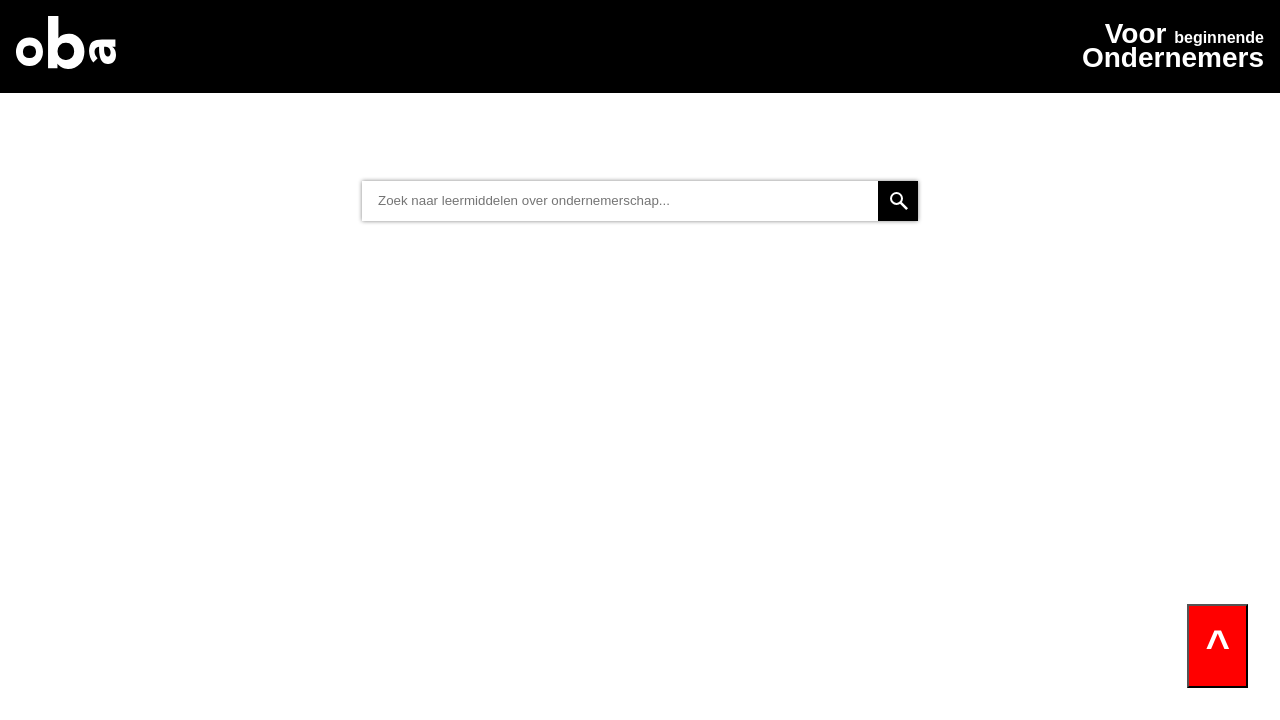
Repository: juliandecloe/OBA-voor-beginnende-ondernemers
Page: index.html
An editor plug-in stored every save of this project. The page is shown before and after the next save, followed by the edit.
The browser window is 1280 px wide. The pictures show the whole page.
The page's requests for data from a server got no answer.

Above is the page before, as saved 2022-03-18 02:57:11.

### index.html
<!DOCTYPE html>
<html lang="en">

<head>
    <meta charset="UTF-8">
    <meta http-equiv="X-UA-Compatible" content="IE=edge">
    <meta name="viewport" content="width=device-width, initial-scale=1.0">
    <title>OBA - Voor beginnende ondernemers</title>
    <link rel="stylesheet" href="style.css">
    <script type="module" src="script.js"></script>
</head>

<body>
    <div class="hide"></div>
    <header>
        <a href="index.html">
            <h1>
                <svg xmlns="http://www.w3.org/2000/svg" viewBox="0 0 83.49 44.24">
                    <g id="Layer_2" data-name="Layer 2">
                        <g id="Layer_1-2" data-name="Layer 1">
                            <path class="cls-1"
                                d="M11.25,35.12a5.53,5.53,0,0,0,3.92-1.39,5,5,0,0,0,1.5-3.9,5,5,0,0,0-1.5-3.9,5.53,5.53,0,0,0-3.92-1.39,5.54,5.54,0,0,0-3.93,1.39,5,5,0,0,0-1.5,3.9,5,5,0,0,0,1.5,3.9,5.54,5.54,0,0,0,3.93,1.39m0,6.62a11.24,11.24,0,0,1-4.64-.93,10.54,10.54,0,0,1-3.54-2.54A11.06,11.06,0,0,1,.79,34.48a14.08,14.08,0,0,1,0-9.3,11.2,11.2,0,0,1,2.28-3.8,10.65,10.65,0,0,1,3.54-2.53,11.24,11.24,0,0,1,4.64-.93,11.23,11.23,0,0,1,4.63.93,10.8,10.8,0,0,1,3.55,2.53,11.34,11.34,0,0,1,2.27,3.8,14.08,14.08,0,0,1,0,9.3,11.2,11.2,0,0,1-2.27,3.79,10.68,10.68,0,0,1-3.55,2.54,11.23,11.23,0,0,1-4.63.93" />
                            <path class="cls-1"
                                d="M34.71,29.55a7.26,7.26,0,0,0,1.81,5.13,6.62,6.62,0,0,0,5.1,2,6.62,6.62,0,0,0,5.1-2,7.26,7.26,0,0,0,1.81-5.13,7.26,7.26,0,0,0-1.81-5.13,6.63,6.63,0,0,0-5.1-2,6.63,6.63,0,0,0-5.1,2,7.26,7.26,0,0,0-1.81,5.13M26.76,0H35.4V18.55h.12a7.92,7.92,0,0,1,3.83-2.85,14.73,14.73,0,0,1,5-.84,11.29,11.29,0,0,1,5.35,1.24,12.49,12.49,0,0,1,4,3.31,15.67,15.67,0,0,1,2.53,4.75,17.54,17.54,0,0,1,.89,5.62,16.54,16.54,0,0,1-1,5.82,13.4,13.4,0,0,1-2.79,4.58,12.66,12.66,0,0,1-4.35,3,14.43,14.43,0,0,1-5.64,1.07,9.68,9.68,0,0,1-2.83-.41,11.85,11.85,0,0,1-2.44-1,10.26,10.26,0,0,1-2-1.41,9.72,9.72,0,0,1-1.36-1.53h-.11v3.69H26.76Z" />
                            <path class="cls-1"
                                d="M73.57,27.25c0,.5,0,1.12.07,1.87A9.57,9.57,0,0,0,74,31.28a4.9,4.9,0,0,0,.93,1.77,2.14,2.14,0,0,0,1.72.73,1.89,1.89,0,0,0,1.76-1A4.25,4.25,0,0,0,79,30.64a6.51,6.51,0,0,0-.27-1.87A5.54,5.54,0,0,0,78,27.16a3.48,3.48,0,0,0-3-1.54H73.57Zm6.7-1.63v.09a6.17,6.17,0,0,1,2.47,2.93,10.09,10.09,0,0,1,.75,3.86,10,10,0,0,1-.42,2.89,7.06,7.06,0,0,1-1.25,2.44,6,6,0,0,1-2.07,1.68,6.38,6.38,0,0,1-2.87.62,6.5,6.5,0,0,1-3.13-.69,6.09,6.09,0,0,1-2.12-1.85,9.21,9.21,0,0,1-1.3-2.67,18.48,18.48,0,0,1-.68-3.11,28.93,28.93,0,0,1-.27-3.22c0-1.07,0-2.06,0-3a3.45,3.45,0,0,0-2.8,1.25,4.55,4.55,0,0,0-1,3,6.56,6.56,0,0,0,.68,3,8.12,8.12,0,0,0,1.88,2.4l-3.62,3.53a12.43,12.43,0,0,1-2.58-4.32A15.55,15.55,0,0,1,61,29.32a13.46,13.46,0,0,1,.73-4.78,7,7,0,0,1,2.14-3A8.29,8.29,0,0,1,67.33,20a23,23,0,0,1,4.74-.44H83v6.09Z" />
                        </g>
                    </g>
                </svg>
            </h1>
        </a>
        <h2>Voor <span>beginnende</span> Ondernemers</h2>
    </header>
    <main>
        <form action="">
            <input id="search" type="text" placeholder="Zoek naar leermiddelen over ondernemerschap..." autocomplete="off">
            <button for="search"><img src="img/search.svg" alt="search button"></button>
        </form>
        <section></section>
    </main>
    <footer>
        <button>^</button>
    </footer>
</body>

</html>

### style.css
* {
    padding: 0;
    margin: 0;
    font-family: 'Avenir', Arial, sans-serif;
}

body, html {
    scroll-behavior: smooth;
}

header {
    background-color: black;
    color: white;
    padding: 1rem;
    display: flex;
    justify-content: space-between;
    align-items: center;
    position: sticky;
    top: 0;
    z-index: 5;
}

main {
    display: flex;
    flex-direction: column;
    align-items: center;
}

header > a {
    width: 100px;
}

header svg {
    fill: white;
}

h2 {
    font-size: 28px;
    width: 200px;
    text-align: right;
    line-height: 20px;
    transition: .3s;
}

h2 span {
    font-size: 16px;
    display: inline;
}

@media (max-width: 720px) {
    h2 {
        font-size: 22px;
    }

    h2 span {
        font-size: 12px;
    }
}

form {
    min-width: 60vw;
    height: 30vh;
    display: flex;
    align-items: center;
    justify-content: center;
    filter: drop-shadow(0 0 2px gray);
}

input {
    width: 70%;
    height: 40px;
    max-width: 500px;
    border-radius: 0;
    border: none;
    padding-left: 1rem;
}

form button {
    width: 40px;
    height: 40px;
    background: black;
    color: white;
    font-weight: 800;
    border: none;
    display: flex;
    align-items: center;
    transition: .5s;
    cursor: pointer;
    padding-left: 12px;
    overflow: hidden;
}

@media (min-width: 720px) {

    form button:hover {
        width: 100px;
        padding-right: 5px;
    }

    form button::after {
        content: "zoeken";
        display: block;
        opacity: 0;
        color: white;
        transition: .5s;
        transition-delay: .1s ease-in-out;
    }

    form button:hover::after {
        opacity: 1;
        margin-left: 15px;
    }

}

main > section {
    display: flex;
    justify-content: space-around;
    flex-wrap: wrap;
    width: 100%;
    max-width: 1200px;
}

main > section article {
    width: 250px;
    margin: 1.5rem 0;
    transition: .5s;
    padding: 1rem;
    border: 3px solid rgba(255, 0, 0, 0);
}

main > section h3 {
    display: -webkit-box;
    overflow : hidden;
    text-overflow: ellipsis;
    -webkit-line-clamp: 2;
    -webkit-box-orient: vertical;
    height: 50px;
}

main > section p:not(.suggest-book p, .detailed p) {
    width: 95%;
    display: -webkit-box;
    overflow : hidden;
    text-overflow: ellipsis;
    -webkit-line-clamp: 3;
    -webkit-box-orient: vertical;
    color: gray;
    margin: 1rem 0;
    height: 70px;
}

main > section img:not(.detailed img) {
    width: 100%;
    height: 360px;
    object-fit: cover;
    background: rgb(233, 233, 233);
}

.suggest-book {
    width: 100%;
    text-align: center;
}

.suggest-book {
    padding: 3rem;
}

.suggest-book h2 {
    display: inline;
    background: rgb(255,0,0);
    background: linear-gradient(0deg, rgba(255,0,0,0.09989933473389356) 0%, rgba(255,0,0,0.10270045518207283) 50%, rgba(9,9,121,0) 50%);
    padding-bottom: .1rem;
    width: 50%;
    text-align: center;
}

.suggest-book button {
    background-color: red;
    color: white;
    padding: 5px 20px;
    border: none;
    cursor: pointer;
}

.suggest-book p {
    margin: 2rem 0;
}

#random-book, .results:hover:not(.detailed) {
    box-shadow: 2px 2px 4px gray;
    transform: translateY(-2rem);
    border: 3px solid red;
    border-radius: 5px;
    cursor: pointer;
}

.detailed {
    position: fixed;
    background-color: white;
    z-index: 4;
    top: 20vh;
    left: 50vw;
    transition: none;
    width: 50vw;
    margin: 0;
    padding: 2.5vh 2rem;
    margin-left: -28vw;
    display: grid;
    grid-template-columns: 300px 1fr;
    grid-template-rows: .5fr .7fr .2fr 1fr;
    grid-column-gap: 50px;
    grid-row-gap: 1px;
    box-shadow: 4px 4px 12px 1px rgba(0, 0, 0, 0.616);
}

.detailed img {
    grid-area: 1 / 1 / 6 / 2;
    width: 100%;
    place-self: center;
}

.detailed h3 {
    grid-area: 1 / 2 / 2 / 3;
}

.detailed > p {
    color: gray;
    grid-area: 2 / 2 / 3 / 3;
    overflow : hidden;
    text-overflow: ellipsis;
    -webkit-line-clamp: 5;
    -webkit-box-orient: vertical;
}

.detailed h4 {
    grid-area: 3 / 2 / 4 / 3;
    place-self: left center;
    font-size: 20px;
}

.detailed div {
    grid-area: 4 / 2 / 5 / 3;
    display: block;
}

.detailed li {
    list-style-type: none;
    width: 100%;
    display: grid;
    grid-template-columns: .5fr 1fr;
    grid-template-rows: 1fr;
    grid-column-gap: 20px;
    grid-row-gap: 0px;
}

@media (max-width: 1322px) {
    .detailed {
        top: 20vh;
        left: 50vw;
        width: 70vw;
        padding: 2.5vh 1rem;
        margin-left: -38.5vw;
        grid-template-columns: 300px 1fr;
        grid-template-rows: .3fr .4fr .1fr 1fr;
        grid-column-gap: 50px;
        grid-row-gap: 1px;
        box-shadow: 4px 4px 12px 1px rgba(0, 0, 0, 0.616);
    }

    .detailed li {
        display: block;
        margin-bottom: .5rem;
    }
}

@media (max-width: 1000px) {
    .detailed {
        top: 19vh;
        left: 50vw;
        width: 90vw;
        padding: 2.5vh 1rem;
        margin-left: -48vw;
        grid-template-columns: 200px 1fr;
        grid-template-rows: .3fr .4fr .1fr 1fr;
        grid-column-gap: 20px;
        grid-row-gap: 1px;
        box-shadow: 4px 4px 12px 1px rgba(0, 0, 0, 0.616);
    }
}

.detailed li p:first-child {
    grid-area: 1 / 1 / 2 / 2;
    overflow-wrap: break-word;
    font-weight: 800;
}

.detailed li:last-child p:last-child {
    grid-area: 1 / 2 / 2 / 3;
    overflow-wrap: break-word;
    word-break: break-all;
    white-space: wrap;
    overflow: hidden;
    width: 100%;
}

.hide {
    display: none;
}

body > div {
    background: black;
    position: fixed;
    opacity: .5;
    width: 100vw;
    height: 100vh;
    z-index: 4;
}

.results button {
    position: absolute;
    top: .3rem;
    right: .5rem;
    width: 1rem;
    aspect-ratio: 1/1;
    cursor: pointer;
    background: none;
    color: red;
    font-weight: 800;
    border: none;
    font-stretch: extra-expanded;
    font-size: 1.3rem;
}

@media (max-width: 620px) {
    .detailed {
        top: 17vh;
        left: 50vw;
        width: 80vw;
        height: 75vh;
        padding: 2.5vh 1rem;
        margin-left: -45vw;
        display: block;
        overflow-y: scroll;
        box-shadow: 4px 4px 12px 1px rgba(0, 0, 0, 0.616);
    }

    .detailed > button {
        position: fixed;
        right: 9vw;
        top: 18vh;
    }

    .detailed h3 {
        margin-bottom: 2rem;
    }

    .detailed img {
        width: 50%;
        margin: 2rem 0;
    }
}


footer {
    position: fixed;
    right: 2rem;
    bottom: 2rem;
    z-index: 5;
    transition: 1s;
}

footer button {
    font-size: 42px;
    font-weight: 800;
    padding: 1rem;
    background-color: red;
    color: white;
}

### script.js
/*** Fetching data -> refactor into module later ***/
import { getData } from "./modules/getData.js";

export let query;
export let page = 1;

if(window.location.hash) {
    query = window.location.hash.slice(1);
} else {
    query = '';
}

// =================== START FUNCTIONS =================== //

if(window.location.hash == '#random-book') {
    history.replaceState("", "", location.pathname);
    query = '';
}

getData();


// =================== SEARCH =================== //

window.addEventListener('hashchange', function() {
    if(window.location.hash == '') {
		history.replaceState("", "", location.pathname);
        query = '';
        getData();
	} else if(window.location.hash != '#random-book') {
        query = window.location.hash.slice(1);
        getData();
    }
})

const searchForm = document.querySelector('form');
let searchInput = document.querySelector('main > form input');

searchForm.addEventListener('submit', function(e) {
    window.location.hash = searchInput.value;
    e.preventDefault();
})


// =================== LOAD MORE =================== //

export function pageLoader() {
    let scroll = 1;
    if ((window.innerHeight + window.pageYOffset) >= document.body.offsetHeight - 2) {
        page = page + 1;
        getData(scroll)
    }

}

window.addEventListener('scroll', pageLoader);

### modules/getData.js
import { renderData } from "./renderData.js";
import { query, page } from "../script.js";

const cors = 'https://cors-anywhere.herokuapp.com/';
const endpoint = 'https://zoeken.oba.nl/api/v1/search/?q=';
const key = '1a719538729c214e276b93b4c94064c8';
const detail = 'default';
const config = {
  Authorization: `Bearer 4289fec4e962a33118340c888699438d`
}

export function getData(scroll) {
    let url = `${cors}${endpoint}${'Ondernemerschap+' + query}&page=${page}&authorization=${key}&detaillevel=${detail}&output=json`;
    fetch(url, config)
    .then(response => {
        return response.json();
    })
    .then(data => {
        console.dir(data)
        renderData(data, scroll);
    })
    .catch(err => {
        console.log(err);
    });
}

### modules/renderData.js
import { suggestBook } from "./suggestRando.js";
import { triggerDetailed } from "./detailed.js";

const section = document.querySelector('main > section');

export function renderData(data, scroll, checker) {
  let articleEl = document.querySelectorAll('.results');
  if(!scroll) {
    articleEl.forEach((item) => {
      item.remove();
    });
  }
  data.results.forEach((item) => {
    section.insertAdjacentHTML('beforeend',
        `
        <article class="results">
          <button class="hide">X</button>
              <h3>${item.titles[0]}</h3>
              <p>${item.summaries ? item.summaries[0] : 'Geen samenvatting'}</p>
              <img src="${item.coverimages ? item.coverimages[1] : '' }">
              <h4 class="hide">Details</h4>
                <div class="hide">
                  <ul>
                    <li><p>Auteur:</p><p>${item.authors ? item.authors : 'Geen auteurs'}</p></li>
                    <li><p>Uitgever:</p><p>${item.publisher ? item.publisher : 'Geen uitgever'}</p></li>
                    <li><p>Taal:</p><p>${item.languages ? item.languages : 'Geen taal'}</p></li>
                    <li><p>Jaar:</p><p>${item.year ? item.year : 'Geen jaar'}</p></li>
                    <li><p>Onderwerp:</p><p>${item["subject-topical"] ? item["subject-topical"] : 'Geen onderwerp'}</p></li>
                  </ul>
              </div>
        </article>
        `
    );
  });
  suggestBook();
  triggerDetailed();
}

### modules/suggestRando.js
import { page } from "../script.js";


export function suggestBook() {
    let beforeArticle;
    if(page % 2 == 0) {
        if (page > 2) {
            let suggestEl = document.querySelector('.suggest-book');
            suggestEl.remove();
        }
        beforeArticle = document.querySelectorAll('main > section article');

        beforeArticle[beforeArticle.length-4].insertAdjacentHTML('beforebegin',
        ` <article class="suggest-book">
            <h2>Weet je niet welke je moet kiezen?</h2>
            <p>Laat ons een willekeurig boek kiezen!</p>
            <button>Doe je ding</button>
        </article>`
        );

        const suggestBtn = document.querySelector('.suggest-book button');

        suggestBtn.addEventListener('click', function() {
            randomBook()
        });
    }
}

export function randomBook() {
    history.replaceState("", "", location.pathname);
    let articleArray = document.querySelectorAll('.results');
    articleArray.forEach((item, i) => {
        if(item.id == 'random-book') {
            item.id = null;
        }
    });

    const random = Math.floor(Math.random() * articleArray.length);
    articleArray[random].id = 'random-book';
    window.location.hash = '#random-book';
}

### modules/detailed.js
export function triggerDetailed() {
    let articleEl = document.querySelectorAll('.results');
    let articleCheck = 0;
    articleEl.forEach((result) => {
        result.addEventListener('click', function() {
        if(articleCheck == 0) {
            getDetailed(result);
            articleCheck = 1;
        } else {
            articleCheck = 0;
        }
        });
    });
}


export function getDetailed(result) {
    result.classList.add('detailed');

    const appearance = document.querySelectorAll('body > div, .detailed button, .detailed h4');
    appearance.forEach((element) => {
        element.classList.remove('hide');
    })

    let removeBtn = document.querySelector('.detailed button')
    removeBtn.addEventListener('click', function() {
        removeDetailed(result);
    });
}

function removeDetailed(result) {
    const appearance = document.querySelectorAll('body > div, .detailed button, .detailed h4');
    appearance.forEach((element) => {
        element.classList.add('hide');
    });
    result.classList.remove('detailed');
}

After the next save:
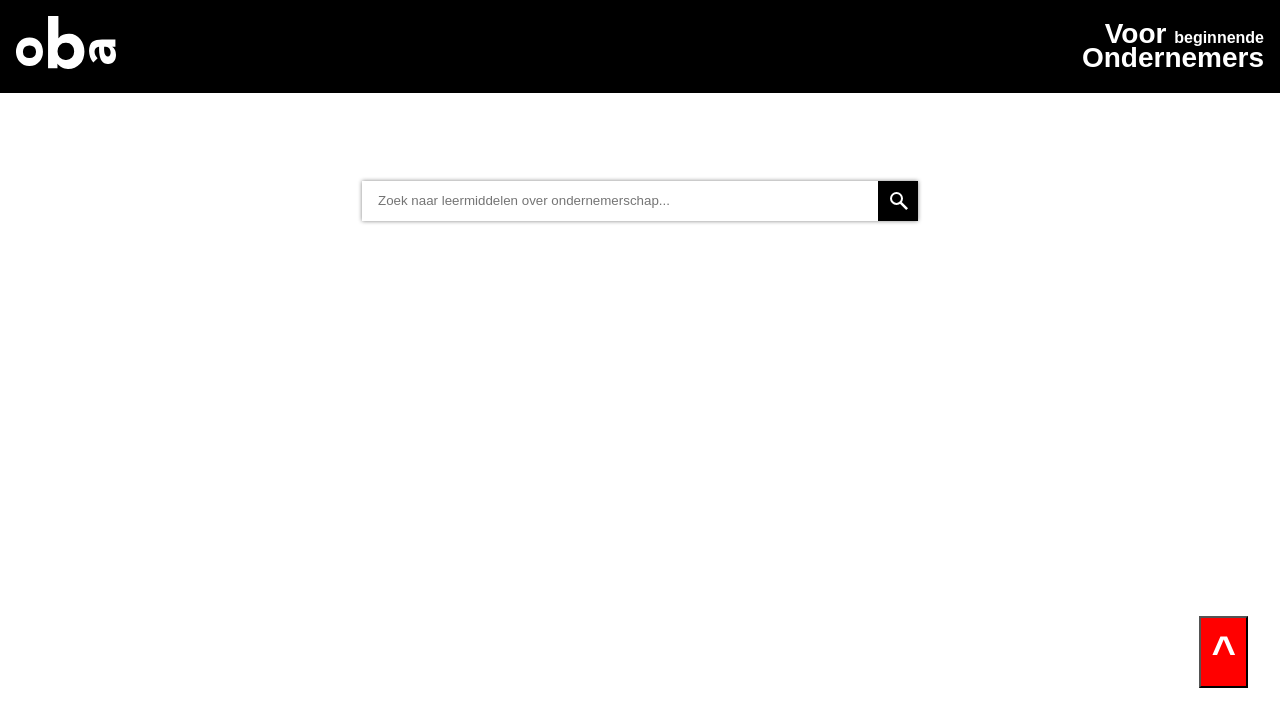
Saved 22 s later.
--- a/style.css
+++ b/style.css
@@ -361,7 +361,6 @@
     }
 }
 
-
 footer {
     position: fixed;
     right: 2rem;
@@ -373,7 +372,7 @@
 footer button {
     font-size: 42px;
     font-weight: 800;
-    padding: 1rem;
+    padding: 10px;
     background-color: red;
     color: white;
 }
